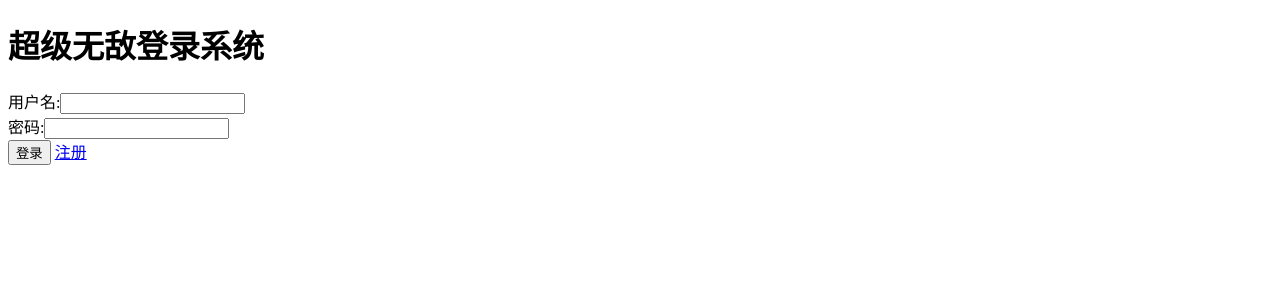
Repository: zhangweihang/management_system
Page: http://localhost/ItsTimeToShow/login.jsp
The author's editor kept a copy of each file at every save. The page is drawn from the files as they stood at one save, then again after the next save.
The browser window is 1280 px wide. The pictures show the whole page.
The page is served by Tomcat 9. Nobody is signed in. The application's start-up code is not run.

Above is the page before, as saved 2017-09-29 08:19:47.

After the next save:
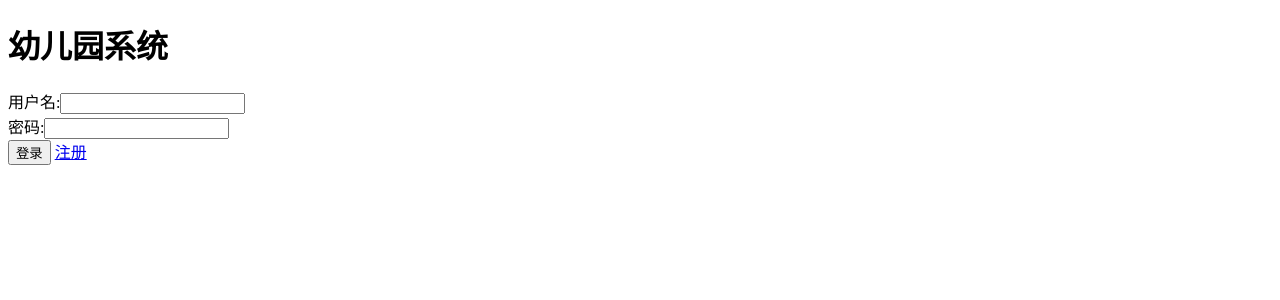
Saved 11 s later.
--- a/ItsTimeToShow/WebContent/login.jsp
+++ b/ItsTimeToShow/WebContent/login.jsp
@@ -8,7 +8,7 @@
 </head>
 <body>
 
-	<h1>超级无敌登录系统</h1>
+	<h1>幼儿园系统</h1>
 
 	<form action="login1" method="post">
 		用户名:<input type="text" name="text" id="name" />
